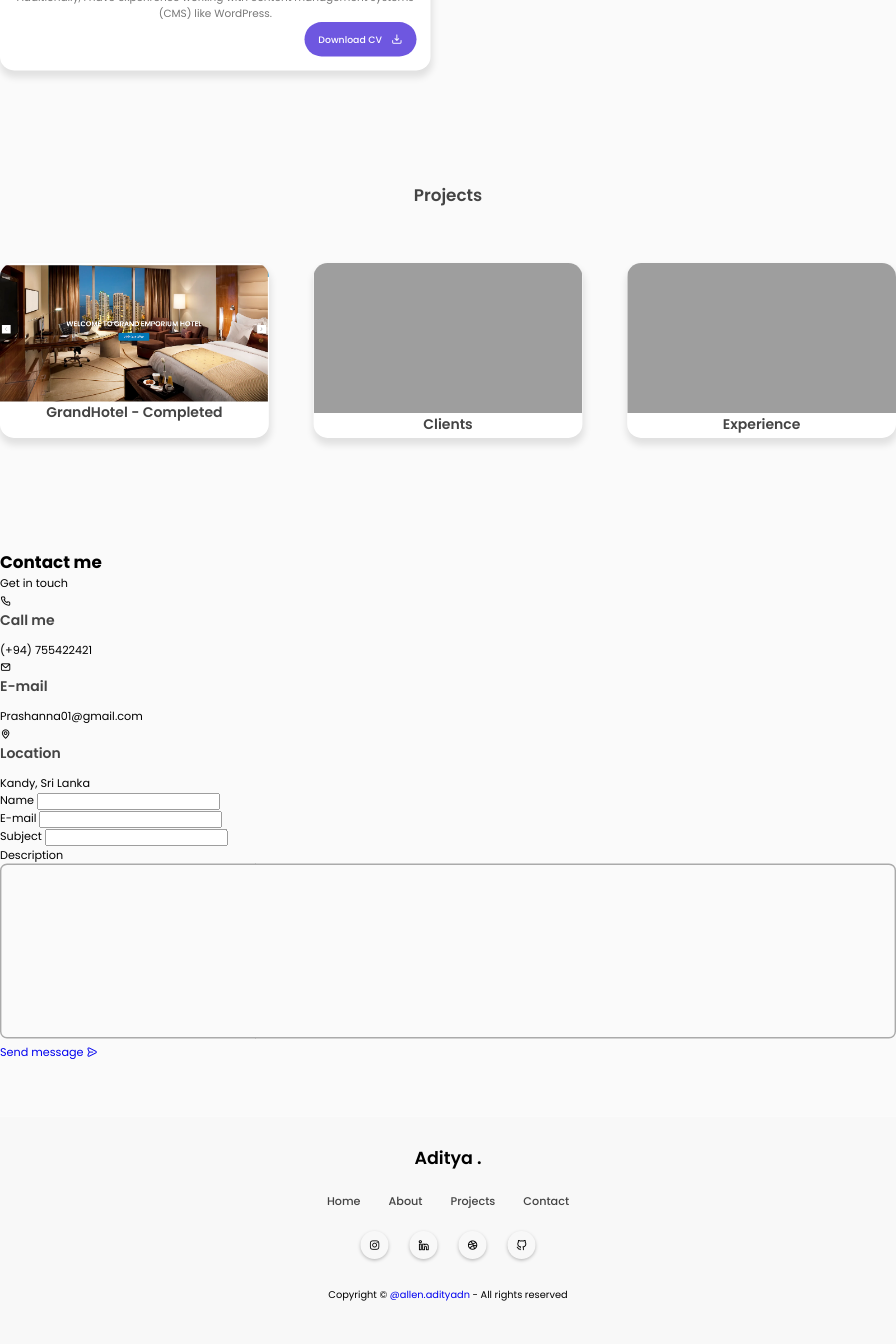
Repository: 4Kbrain/Portofolio
Page: index.html
An editor plug-in stored every save of this project. The page is shown before and after the next save, followed by the edit.
The browser window is 1280 px wide. The pictures show the part of the page from y = 1051 to 2971 px (the page is 2971 px tall before and 2774 px after), at 70% of full size.
Pictures or frames that could not be fetched are drawn as grey boxes.

Above is the page before, as saved 2024-05-15 16:33:30.
Console error: ReferenceError: ScrollReveal is not defined

### index.html
<!DOCTYPE html>
<html lang="en">

<head>
    <meta charset="UTF-8">
    <meta name="viewport" content="width=device-width, initial-scale=1.0">
    <link rel="stylesheet" href="https://unicons.iconscout.com/release/v4.0.8/css/line.css">
    <link rel="stylesheet" href="assets/css/style.css">
    <link rel="shortcut icon" href="assets/img/favicon.png" type="image/x-icon">

    <title>Portfolio | Aditya</title>
</head>

<body>

    <div class="container">
        <!-- header -->
        <nav id="header">
            <div class="nav-logo">
                <a href="#home">
                    <p class="nav-name">Aditya</p>
                    <span>.</span>
                </a>
            </div>
            <div class="nav-menu" id="myNavMenu">
                <ul class="nav_menu_list">
                    <li class="nav_list">
                        <a href="#home" class="nav-link active-link">Home</a>
                        <div class="circle"></div>
                    </li>
                    <li class="nav_list">
                        <a href="#about" class="nav-link">About</a>
                        <div class="circle"></div>
                    </li>
                    <li class="nav_list">
                        <a href="#projects" class="nav-link">Projects</a>
                        <div class="circle"></div>
                    </li>
                    <li class="nav_list">
                        <a href="#contact" class="nav-link">Contact</a>
                        <div class="circle"></div>
                    </li>
                </ul>
            </div>
            <div class="nav-button">
                <a id="downloadCVButton" href="assets/CV/Aditya%20CV.pdf" download="CV.pdf" class="btn">Download CV <i
                        class="uil uil-file-alt"></i></a>
            </div>
            <div class="nav-menu-btn">
                <i class="uil uil-bars" onclick="myMenuFunction()"></i>
            </div>
        </nav>

        <!-- -------------- MAIN ---------------- -->
        <main class="wrapper">
            <!-- -------------- FEATURED BOX ---------------- -->
            <section class="featured-box" id="home">
                <div class="featured-text">
                    <div class="featured-text-card">
                        <span>Aditya Dwi Nugroho</span>
                    </div>
                    <div class="featured-name">
                        <p>I'm <span class="typedText"></span></p>
                    </div>
                    <div class="featured-text-info">
                        <p>Experienced frontend developer with a passion for creating visually stunning
                            and user-friendly websites.
                        </p>
                    </div>
                    <div class="featured-text-btn">
                        <button class="btn blue-btn">Contact Me</button>
                        <a id="downloadCVButton" href="assets/CV/Aditya%20CV.pdf" download="CV.pdf" class="btn">Download CV <i class="uil uil-file-alt"></i></a>

                    </div>
                    <div class="social_icons">
                        <div class="icon"><a href="https://www.instagram.com/allen.adityadn/"><i class="uil uil-instagram"></i></a></div>
                        <div class="icon"><a href="https://wa.me/0895339926715"><i class="uil uil-whatsapp"></i></a></div>
                        <div class="icon"><a href="https://github.com/4Kbrain"><i class="uil uil-github-alt"></i></a></div>

                    </div>
                </div>
                <div class="featured-image">
                    <div class="image">
                        <img src="assets/img/avatar.png" alt="avatar">
                    </div>
                </div>
                <!-- <div c
         -->
    </div>

    </section>
    <!-- -------------- ABOUT BOX ---------------- -->
    <section class="section" id="about">
        <div class="top-header">
            <h1>About Me</h1>
        </div>
        <div class="row">
            <div class="col">
                <div class="about-info">
                    <h3>Let me introduce myself</h3>
                    <p>I am well-versed in HTML, CSS and JavaScript , and other cutting edge
                        frameworks and libraries,which allows me to implement interactive features.
                        Additionally, I have experirence working with content management systems (CMS) like
                        WordPress.
                    </p>
                    <div class="about-btn">
                        <a href="assets/CV/Aditya%20CV.pdf" download>
                            <button class="btn">Download CV <i class="uil uil-import"></i></button>
                          </a>

                    </div>
                </div>
            </div>
            <div class="col">
                <div class="skills-box">
                    <div class="skills-header">
                        <h3>Frontend</h3>
                    </div>
                    <div class="skills-list">
                        <span>HTML</span>
                        <span>CSS</span>
                        <span>Bootstrap</span>
                        <span>JavaScript</span>
                    </div>
                </div>
                <div class="skills-box">
                    <div class="skills-header">
                        <h3>Backend</h3>
                    </div>
                    <div class="skills-list">
                        <span>PHP</span>
                    </div>
                </div>
                <div class="skills-box">
                    <div class="skills-header">
                        <h3>Database</h3>
                    </div>
                    <div class="skills-list">
                        <span>MySQL</span>
                    </div>
                </div>
            </div>
        </div>
    </section>

    <!-- -------------- PROJECT BOX ---------------- -->

    <section class="section" id="projects">
        <div class="top-header">
            <h1>Projects</h1>
        </div>
        <div class="project-container">
            <div class="project-box">
                <img src="assets/img/GrandHotel.png" alt="Grand Hotel Project" class="project-image">
                <h3>GrandHotel - Completed</h3>
                <label class="clear">A</label>
            </div>
            <div class="project-box">
                <img src="path/to/your/image2.jpg" alt="Project Image 2" class="project-image">
                <h3>Clients</h3>
                <label>25+ Happy Clients</label>
            </div>
            <div class="project-box">
                <img src="path/to/your/image3.jpg" alt="Project Image 3" class="project-image">
                <h3>Experience</h3>
                <label>7+ Years in the field</label>
            </div>
        </div>
    </section>



    <!-- -------------- CONTACT BOX ---------------- -->

    <section class="contact section" id="contact">
        <h2 class="section__title">Contact me</h2>
        <span class="section__subtitle">Get in touch</span>

        <div class="contact__container container grid">
            <div>
                <div class="contact__information">
                    <i class="uil uil-phone-alt contact__icon"></i>

                    <div>
                        <h3 class="contact__title">Call me</h3>
                        <span class="contatc__subtitle">(+94) 755422421</span>
                    </div>
                </div>

                <div class="contact__information">
                    <i class="uil uil-envelope contact__icon"></i>

                    <div>
                        <h3 class="contact__title">E-mail</h3>
                        <span class="contatc__subtitle">Prashanna01@gmail.com</span>
                    </div>
                </div>

                <div class="contact__information">
                    <i class="uil uil-map-marker contact__icon"></i>

                    <div>
                        <h3 class="contact__title">Location</h3>
                        <span class="contatc__subtitle">Kandy, Sri Lanka</span>
                    </div>
                </div>
            </div>

            <form action="" class="contact__form grid">
                <div class="contact__inputs grid">
                    <div class="contact__content">
                        <label for="" class="contact__label">Name</label>
                        <input type="text" class="contact__input">
                    </div>

                    <div class="contact__content">
                        <label for="" class="contact__label">E-mail</label>
                        <input type="email" class="contact__input">
                    </div>
                </div>

                <div class="contact__content">
                    <label for="" class="contact__label">Subject</label>
                    <input type="text" class="contact__input">
                </div>

                <div class="contact__content">
                    <label for="" class="contact__label">Description</label>
                    <textarea name="" id="" cols="0" rows="7" class="contact__input"></textarea>
                </div>

                <div>
                    <a href="#" class="button button--flex">
                        Send message
                        <i class="uil uil-message button__icon"></i>
                    </a>
                </div>
            </form>
        </div>

    </section>

    </main>

    <!-- Footer -->
    <footer>
        <div class="top-footer">
            <p>Aditya .</p>
        </div>
        <div class="middle-footer">
            <ul class="footer-menu">
                <li class="footer_menu_list">
                    <a href="#home">Home</a>
                </li>
                <li class="footer_menu_list">
                    <a href="#about">About</a>
                </li>
                <li class="footer_menu_list">
                    <a href="#projects">Projects</a>
                </li>
                <li class="footer_menu_list">
                    <a href="#contact">Contact</a>
                </li>
            </ul>
        </div>
        <div class="footer-social-icons">
            <div class="icon"><i class="uil uil-instagram"></i></div>
            <div class="icon"><i class="uil uil-linkedin-alt"></i></div>
            <div class="icon"><i class="uil uil-dribbble"></i></div>
            <div class="icon"><i class="uil uil-github-alt"></i></div>
        </div>
        <div class="bottom-footer">
            <p>Copyright &copy; <a href="https://www.instagram.com/allen.adityadn/" style="text-decoration: none;">@allen.adityadn</a> - All rights reserved</p>
        </div>
    </footer>

    </div>

    <script src="https://unpkg.com/typed.js@2.0.16/dist/typed.umd.js"></script>
    <script src="assets/js/script.js"></script>
</body>

</html>

Loaded but not shown: assets/js/script.js (124 lines, source omitted); assets/css/style.css (607 lines, source omitted)

After the next save:
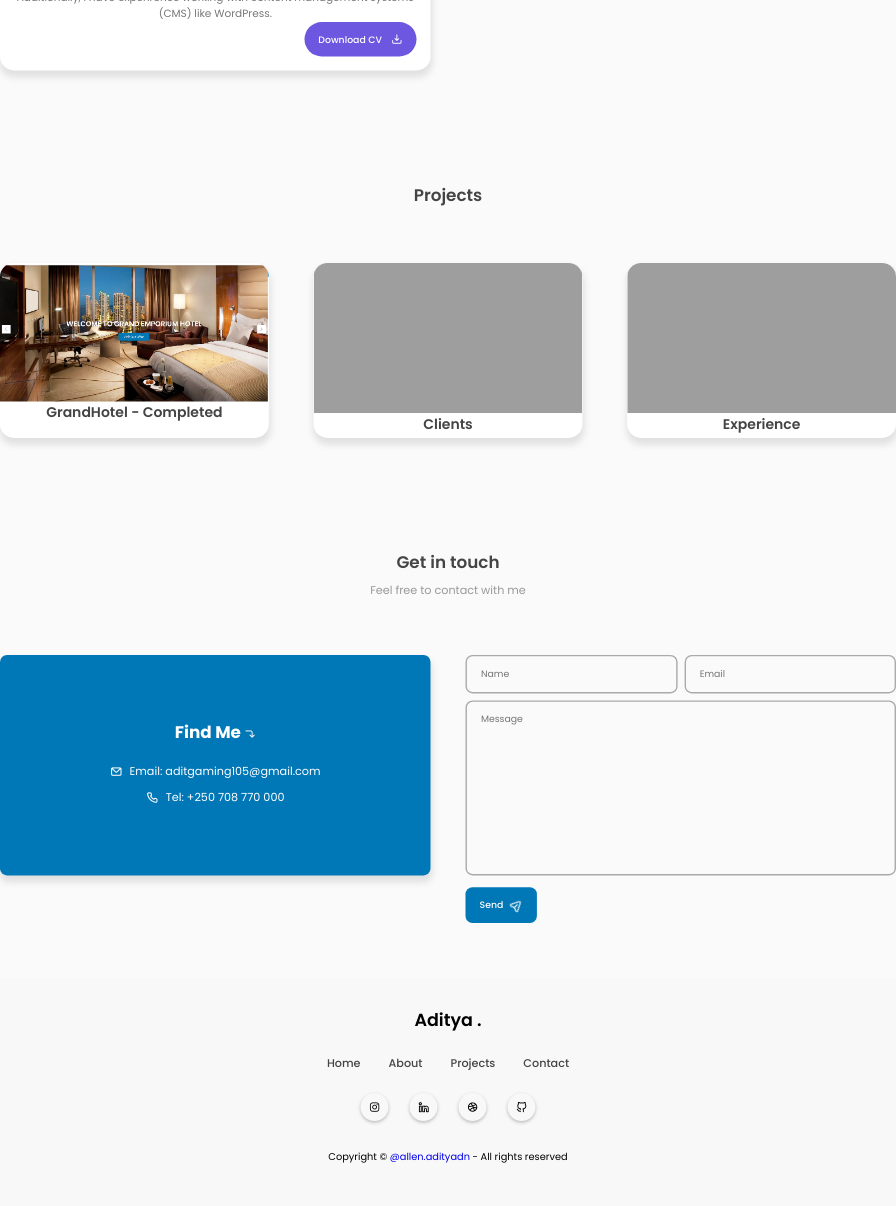
Saved 2 s later.
--- a/index.html
+++ b/index.html
@@ -172,72 +172,34 @@
 
     <!-- -------------- CONTACT BOX ---------------- -->
 
-    <section class="contact section" id="contact">
-        <h2 class="section__title">Contact me</h2>
-        <span class="section__subtitle">Get in touch</span>
-
-        <div class="contact__container container grid">
-            <div>
-                <div class="contact__information">
-                    <i class="uil uil-phone-alt contact__icon"></i>
-
-                    <div>
-                        <h3 class="contact__title">Call me</h3>
-                        <span class="contatc__subtitle">(+94) 755422421</span>
-                    </div>
-                </div>
-
-                <div class="contact__information">
-                    <i class="uil uil-envelope contact__icon"></i>
-
-                    <div>
-                        <h3 class="contact__title">E-mail</h3>
-                        <span class="contatc__subtitle">Prashanna01@gmail.com</span>
-                    </div>
-                </div>
-
-                <div class="contact__information">
-                    <i class="uil uil-map-marker contact__icon"></i>
-
-                    <div>
-                        <h3 class="contact__title">Location</h3>
-                        <span class="contatc__subtitle">Kandy, Sri Lanka</span>
-                    </div>
-                </div>
-            </div>
-
-            <form action="" class="contact__form grid">
-                <div class="contact__inputs grid">
-                    <div class="contact__content">
-                        <label for="" class="contact__label">Name</label>
-                        <input type="text" class="contact__input">
-                    </div>
-
-                    <div class="contact__content">
-                        <label for="" class="contact__label">E-mail</label>
-                        <input type="email" class="contact__input">
-                    </div>
-                </div>
-
-                <div class="contact__content">
-                    <label for="" class="contact__label">Subject</label>
-                    <input type="text" class="contact__input">
-                </div>
-
-                <div class="contact__content">
-                    <label for="" class="contact__label">Description</label>
-                    <textarea name="" id="" cols="0" rows="7" class="contact__input"></textarea>
-                </div>
-
-                <div>
-                    <a href="#" class="button button--flex">
-                        Send message
-                        <i class="uil uil-message button__icon"></i>
-                    </a>
-                </div>
-            </form>
-        </div>
-
+    <section class="section" id="contact">
+        <div class="top-header">
+            <h1>Get in touch</h1>
+            <span>Feel free to contact with me</span>
+        </div>
+        <div class="row">
+            <div class="col">
+                <div class="contact-info">
+                    <h2>Find Me <i class="uil uil-corner-right-down"></i></h2>
+                    <p><i class="uil uil-envelope"></i> Email: aditgaming105@gmail.com</p>
+                    <p><i class="uil uil-phone"></i> Tel: +250 708 770 000</p>
+                </div>
+            </div>
+            <div class="col">
+                <div class="form-control">
+                    <div class="form-inputs">
+                        <input type="text" class="input-field" placeholder="Name">
+                        <input type="text" class="input-field" placeholder="Email">
+                    </div>
+                    <div class="text-area">
+                        <textarea placeholder="Message"></textarea>
+                    </div>
+                    <div class="form-button">
+                        <button class="btn">Send <i class="uil uil-message"></i></button>
+                    </div>
+                </div>
+            </div>
+        </div>
     </section>
 
     </main>
